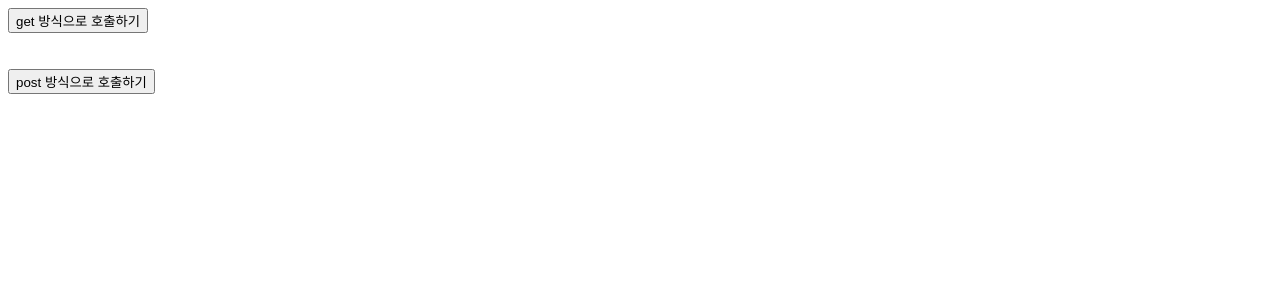
Repository: dkfagh/JSP_WS_2019_1
Page: http://localhost/Hello/
These files come from the project's save history. The page is drawn as it stood at one moment and after the next save; the edit follows.
The browser window is 1280 px wide. The pictures show the whole page.
The page is served by Tomcat 9.

Above is the page before, as saved 2019-11-11 05:51:36.

After the next save:
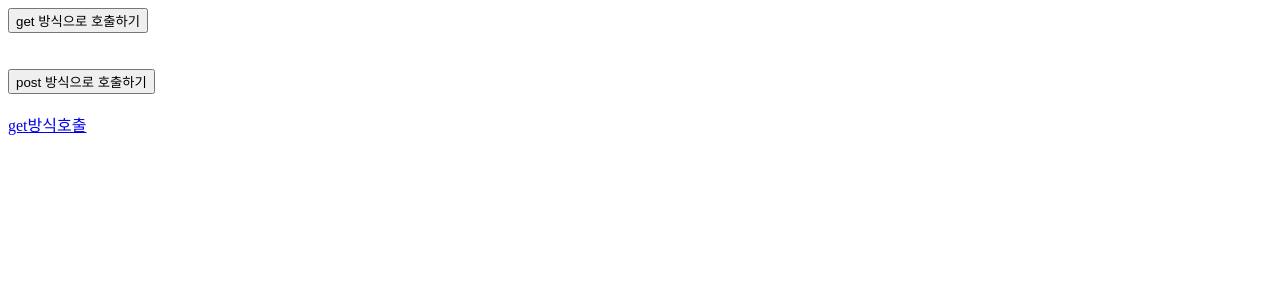
Saved 2 min 37 s later.
--- a/Hello/WebContent/index.jsp
+++ b/Hello/WebContent/index.jsp
@@ -14,5 +14,8 @@
 <form method="post" action="MethodServlet">
 	<input type="submit" value="post 방식으로 호출하기">
 </form>
+<br>
+<a href="MethodServlet">get방식호출</a><br>
+
 </body>
 </html>
